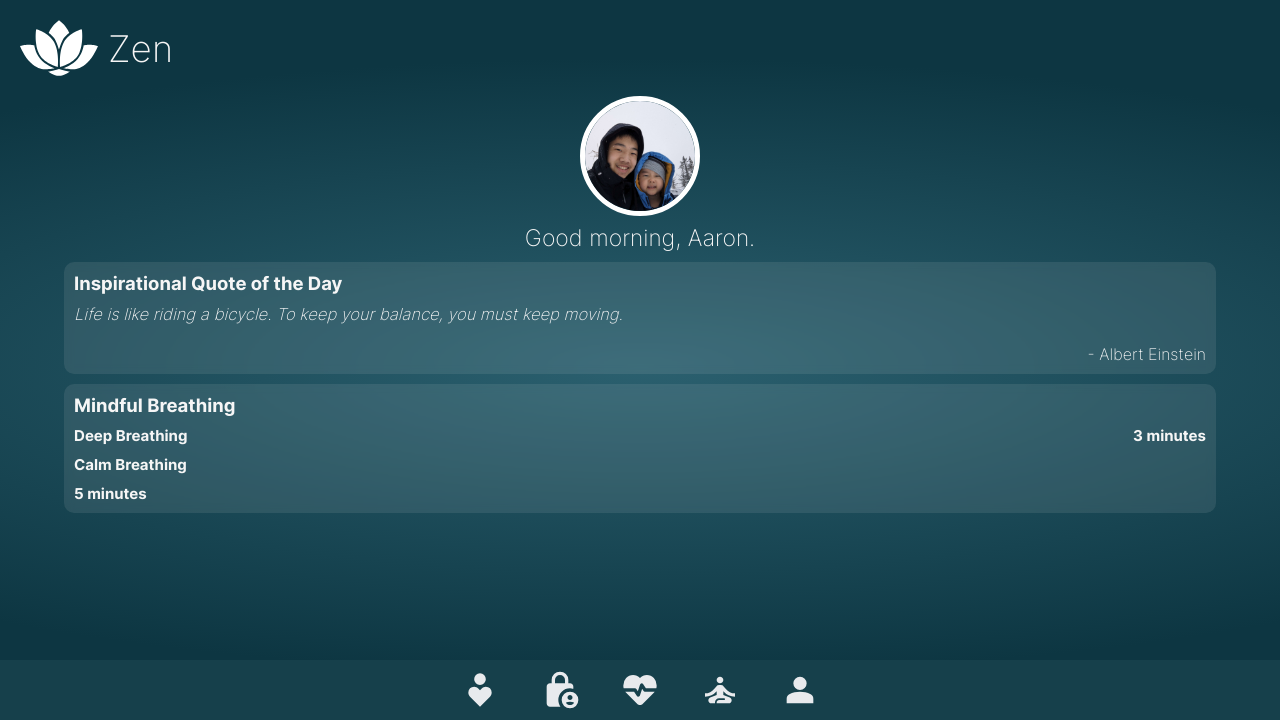
Repository: aaronw-dev/Zen
Page: mindful_dashboard.html
These files come from the project's save history. The page is drawn as it stood at one moment and after a run of saves; the edit follows.
The browser window is 1280 px wide. The pictures show the whole page.

Above is the page before, as saved 2024-06-08 14:52:57.

### mindful_dashboard.html
<!DOCTYPE html>
<html lang="en">

<head>
    <meta charset="UTF-8">
    <meta name="viewport" content="width=device-width, initial-scale=1.0">
    <title>Zen</title>
    <link rel="stylesheet" href="../static/colors.css">
    <link rel="stylesheet" href="../static/awdev.css">
</head>

<body>
    <nav>
        <img src="../logo.svg">
        <span class="nav-text">Zen</span>
    </nav>
    <div class="zen-wrapper">
        <div class="greeting">
            <div class="profile-icon-wrapper">
                <img class="profile-icon" src="../static/images/brothers.jpg">
            </div>
            <span class="greeting-text">Good morning, Aaron.</span>
        </div>
        <div class="zen-block">
            <h1 class="zen-block-title">Inspirational Quote of the Day</h1>
            <div class="quote-block">Life is like riding a bicycle. To keep your balance, you must keep moving.</div>
            <div class="quote-author">Albert Einstein</div>
        </div>
        <div class="zen-block">
            <h1 class="zen-block-title">Mindful Breathing</h1>
            <div class="mindful-actions">
                <h2 class="mindful-title">Deep Breathing</h2>
                <h2 class="mindful-time">3 minutes</h2>
            </div>
            <div class="mindful-audio">
                <h2 class="mindful-title">Calm Breathing</h2>
                <h2 class="mindful-time">5 minutes</h2>
            </div>
        </div>
    </div>
    <div class="bottom-nav">
        <img src="../static/icons/counselling.svg">
        <img src="../static/icons/journal.svg">
        <img src="../static/icons/crisis.svg">
        <img src="../static/icons/meditate.svg">
        <img src="../static/icons/profile.svg">
    </div>
</body>

</html>

### static/colors.css
:root {
    --text: #F6F6F6;
    --buttons: #0F2F38;
    --radial-bg: radial-gradient(89.12% 42.87% at 50.08% 50.93%, #2B606F 0%, #0D3642 100%);
    --linear-bg: linear-gradient(170deg, #0F2F38 9.2%, #224B56 91.67%);
}

### static/awdev.css
@font-face {
    font-family: Inter;
    src: url("./font/Inter-Bold.ttf");
    font-weight: bold;
}

@font-face {
    font-family: Inter;
    src: url("./font/Inter-ExtraLight.ttf");
    font-weight: lighter;
}

html {
    height: 100%;
}

body {
    height: 100%;
    margin: 0px;
    background-repeat: no-repeat;
    background-attachment: fixed;
    background: var(--radial-bg);
}

* {
    font-family: Inter;
    color: var(--text);
    font-weight: lighter;
}

h1,
h2,
h3,
h4,
h5,
h6,
p {
    margin-top: 0;
    margin-bottom: 0;
}

nav {
    height: min-content;
    display: flex;
    align-items: center;
    gap: 10px;
    padding: 20px;
}

nav img {
    height: 3.5em;
}

.nav-text {
    font-size: 2.3em;
}

.bottom-nav {
    display: flex;
    width: 100%;
    justify-content: center;
    position: absolute;
    bottom: 0px;
    left: 0;
    z-index: 100;
    background-color: #16404B;
    padding: 10px 0px;
    gap: 40px;
}

.bottom-nav img {
    height: 40px;
}

.zen-wrapper {
    display: flex;
    flex-direction: column;
    gap: 10px;
    align-items: center;
}

.greeting {
    width: 100%;
    display: flex;
    flex-direction: column;
    align-items: center;
    gap: 8px;
}

.greeting-text {
    font-size: 23px;
}

.profile-icon-wrapper {
    border-radius: 50%;
    overflow: hidden;
    aspect-ratio: 1;
    width: 110px;
    border: 5px solid white;
}

.profile-icon {
    width: 100%;
    transform: translateY(-15px);
}

.zen-block {
    width: 90%;
    padding: 10px;
    box-sizing: border-box;
    border-radius: 10px;
    background: rgba(220, 220, 220, 0.11);
    backdrop-filter: blur(4.45px);
}

.zen-block .zen-block-title {
    font-weight: bold;
    font-size: 18.5px;
}

.quote-block {
    margin-top: 10px;
    font-style: italic;
    font-size: 16.5px;
}

.quote-author {
    margin-left: auto;
    margin-top: 20px;
    width: fit-content;
}

.quote-author::before {
    content: "- ";
}

.mindful-actions {
    display: flex;
    flex-direction: row;
    flex-wrap: nowrap;
    justify-content: space-between;
    align-items: normal;
    align-content: normal;
  }
  .mindful-title{
    align-items: left;
    padding-top: 10px;
    color: #F6F6F6;
    font-family: Inter;
    font-size: 15px;
    font-style: normal;
    font-weight: 700;
    line-height: normal;
  }
  .mindful-time{
    align-items: right;
    padding-top: 10px;
    color: #F6F6F6;
    font-family: Inter;
    font-size: 15px;
    font-style: normal;
    font-weight: 700;
    line-height: normal;
  }

After the next 2 saves:
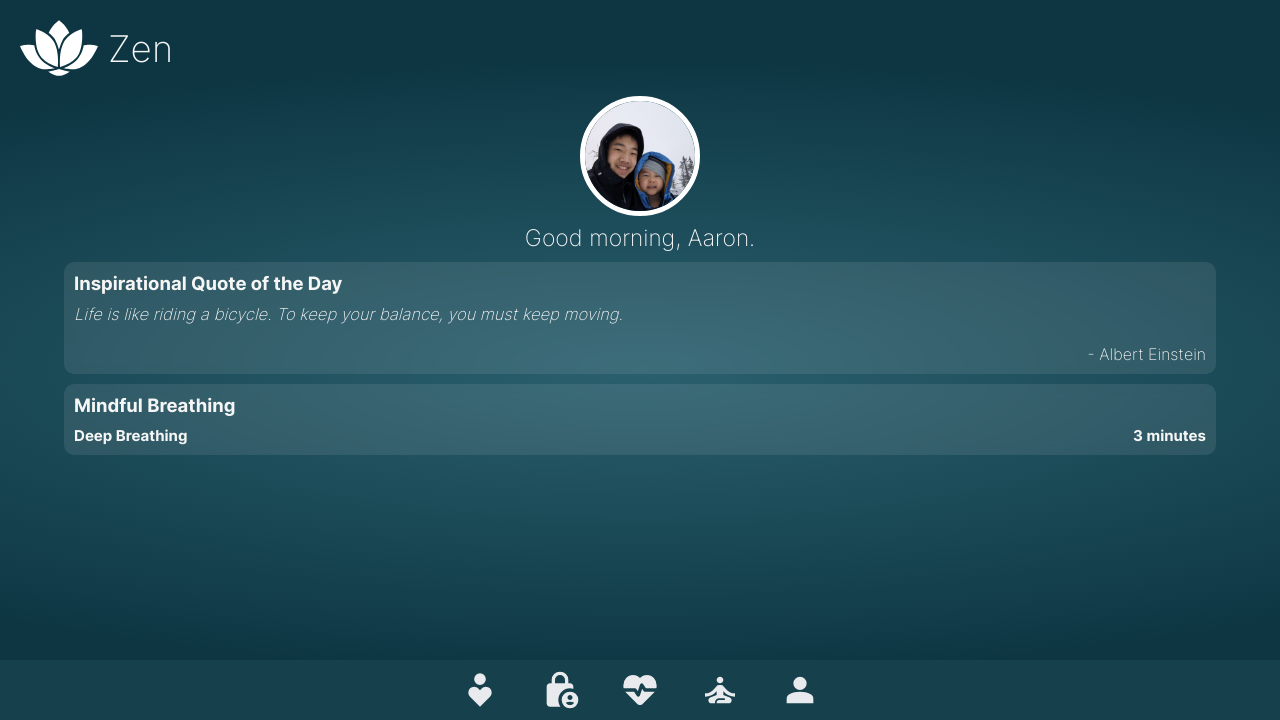
The 2 saves are shown as one change because they came seconds apart.
The last was saved 6 s later.
--- a/mindful_dashboard.html
+++ b/mindful_dashboard.html
@@ -33,8 +33,7 @@
                 <h2 class="mindful-time">3 minutes</h2>
             </div>
             <div class="mindful-audio">
-                <h2 class="mindful-title">Calm Breathing</h2>
-                <h2 class="mindful-time">5 minutes</h2>
+
             </div>
         </div>
     </div>
